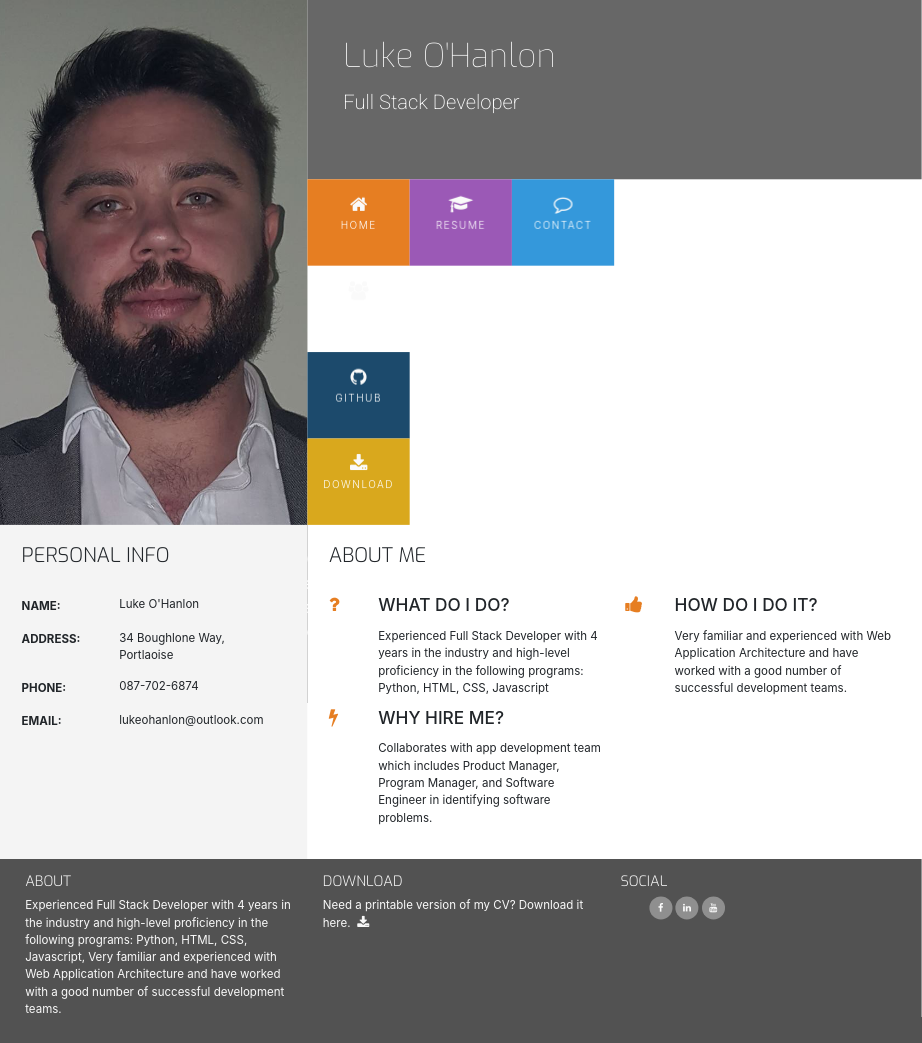
Repository: luke0han/my-resume
Page: index.html
The author's editor kept a record of every edit. The page is drawn from the files as they stood at one moment, then again after the next edit.
The browser window is 1280 px wide. The pictures show the whole page, at 72% of full size.

Above is the page before.

### index.html
<!DOCTYPE html>
<html lang="en">

<head>
    <meta charset="UTF-8">
    <meta name="viewport" content="width=device-width, initial-scale=1.0">
    <meta http-equiv="X-UA-Compatible" content="ie=edge">
    <link rel="stylesheet" href="https://stackpath.bootstrapcdn.com/bootstrap/4.3.1/css/bootstrap.min.css" type="text/css" />
    <link rel="stylesheet" href="https://stackpath.bootstrapcdn.com/font-awesome/4.7.0/css/font-awesome.min.css">
    <link href="https://fonts.googleapis.com/css?family=Lato:300,400&display=swap" rel="stylesheet">
    <link rel="stylesheet" href="https://cdnjs.cloudflare.com/ajax/libs/hover.css/2.3.1/css/hover-min.css" type="text/css" />
    <link rel="stylesheet" href="assets/css/style.css">
    <title>Luke O'Hanlon</title>
</head>

<body>
    <header>
        <div class="row no-gutters">
            <a href="index.html" class="col-md-4 logo">

            </a>
            <div class="col-md-8">
                <div class="row no-gutters bg-color-name-title">
                    <div class="col heading">
                        <h1 class="name">Luke O'Hanlon</h1>
                        <h2 class="title">Full Stack Developer</h2>
                    </div>
                </div>
                <div class="row no-gutters">
                    <div class="col">
                        <ul id="nav" class="list-inline menucontainer">
                            <li class="col-xs-6 col-sm-2 ui-menu-color-home list-inline-item menuitem">
                                <a href="index.html" class="hvr-sweep-to-bottom"><i class="fa fa-home" aria-hidden="true"></i><span>Home</span></a>
                            </li>
                            <li class="col-xs-6 col-sm-2 ui-menu-color-resume list-inline-item menuitem">
                                <a href="resume.html" class="hvr-sweep-to-bottom"><i class="fa fa-graduation-cap" aria-hidden="true"></i><span>Resume</span></a>
                            </li>
                            <li class="col-xs-6 col-sm-2 ui-menu-color-contact list-inline-item menuitem">
                                <a href="contact.html" class="hvr-sweep-to-bottom"><i class="fa fa-comment-o" aria-hidden="true"></i><span>Contact</span></a>
                            </li>
                            <li class="col-xs-6 col-sm-2 ui-menu-color-interests menuitem">
                                <a href="interests.html" class="hvr-sweep-to-bottom"><i class="fa fa-users" aria-hidden="true"></i><span>Interests</span></a>
                            </li>
                            <li class="col-xs-6 col-sm-2 ui-menu-color-github menuitem">
                                <a href="github.html" class="hvr-sweep-to-bottom"><i class="fa fa-github" aria-hidden="true"></i><span>GitHub</span></a>
                            </li>
                            <li class="col-6 col-sm-2 ui-menu-color-download list-inline-item menuitem">
                                <a href="assets/cv/sample-cv.pdf" target="_blank" class="hvr-sweep-to-bottom"><i class="fa fa-download" aria-hidden="true"></i><span>Download</span></a>
                            </li>
                        </ul>
                    </div>
                </div>
            </div>
        </div>
    </header>
    <section class="container-fluid">
        <div class="row">
            <div class="col-md-4 bg-color-personal-info section-column">
                <div class="row">
                    <div class="col-12">
                        <h3 class="section-heading uppercase">Personal Info</h3>
                    </div>
                </div>
                <div class="personal-info-item">
                    <div class="key">
                        <p class="uppercase">
                            Name:
                        </p>
                    </div>
                    <div class="value">
                        <p>
                            Luke O'Hanlon
                        </p>

                    </div>
                </div>
                <div class="personal-info-item">
                    <div class="key">
                        <p class="uppercase">
                            Address:
                        </p>
                    </div>
                    <div class="value">
                        <p>
                            34 Boughlone Way, Portlaoise
                        </p>
                    </div>
                </div>
                <div class="personal-info-item">
                    <div class="key">
                        <p class="uppercase">
                            Phone:
                        </p>
                    </div>
                    <div class="value">
                        <p>
                            087-702-6874
                        </p>
                    </div>
                </div>
                <div class="personal-info-item">
                    <div class="key">
                        <p class="uppercase">
                            Email:
                        </p>
                    </div>
                    <div class="value">
                        <p>
                            lukeohanlon@outlook.com
                        </p>
                    </div>
                </div>
            </div>
            <div class="col-md-8 bg-color-three-reasons section-column">
                <div class="row">
                    <div class="col">
                        <h3 class="section-heading uppercase">About me</h3>
                    </div>
                </div>
                <div class="row">
                    <div class="col-10 offset-1 offset-sm-0 col-sm-4 col-md-6">
                        <div class="row">
                            <div class="col-2">
                                <i class="three-reasons-icon fa fa-question" aria-hidden="true"></i>
                            </div>
                            <div class="col-10">
                                <h4 class="three-reasons-heading uppercase">What do I do?</h4>
                                <p>Experienced Full Stack Developer with 4 years in the industry and high-level proficiency in the following programs: Python, HTML, CSS, Javascript</p>
                            </div>
                        </div>
                    </div>
                    <div class="col-10 offset-1 offset-sm-0 col-sm-4 col-md-6">
                        <div class="row">
                            <div class="col-2">
                                <i class="three-reasons-icon fa fa-thumbs-up" aria-hidden="true"></i>
                            </div>
                            <div class="col-10">
                                <h4 class="three-reasons-heading uppercase">How do I do it?</h4>
                                <p>Very familiar and experienced with Web Application Architecture and have worked with a good number of successful development teams.</p>
                            </div>

                        </div>
                    </div>
                    <div class="col-10 offset-1 offset-sm-0 col-sm-4 col-md-6">
                        <div class="row">
                            <div class="col-2">
                                <i class="three-reasons-icon fa fa-bolt" aria-hidden="true"></i>
                            </div>
                            <div class="col-10">
                                <h4 class="three-reasons-heading uppercase">Why hire me?</h4>
                                <p>Collaborates with app development team which includes Product Manager, Program Manager, and Software Engineer in identifying software problems.</p>
                            </div>

                        </div>
                    </div>
                </div>
            </div>
        </div>

    </section>
    <footer class="container-fluid">
        <div id="footer-details" class="row">
            <div class="col-sm-4">
                <h5 class="uppercase general-sub">About</h5>
                <p class="inline-block">
                    Experienced Full Stack Developer with 4 years in the industry and high-level proficiency in the following programs: Python, HTML, CSS, Javascript, Very familiar and experienced with Web Application Architecture and have worked with a good number of successful
                    development teams.
                </p>
            </div>
            <div class="col-sm-4">
                <h5 class="uppercase general-sub">Download</h5>
                <p class="inline-block">
                    Need a printable version of my CV? Download it here.
                    <a href="assets/cv/sample-cv.pdf" target="_blank" class="cv-pdf">
                        <i class="fa fa-download" aria-hidden="true"></i>
                        <span class="sr-only">Download link.</span>
                    </a>
                </p>
            </div>
            <div class="col-sm-4">
                <h5 class="uppercase general-sub">Social</h5>
                <ul class="list-inline-block social-links">
                    <li class="list-inline-item">
                        <a target="_blank" href="#">
                            <i class="fa fa-facebook" aria-hidden="true"></i>
                            <span class="sr-only">Facebook.</span>
                        </a>
                    </li>
                    <li class="list-inline-item">
                        <a target="_blank" href="#">
                            <i class="fa fa-linkedin" aria-hidden="true"></i>
                            <span class="sr-only">Linkedin.</span>
                        </a>
                    </li>
                    <li class="list-inline-item">
                        <a target="_blank" href="#">
                            <i class="fa fa-youtube" aria-hidden="true"></i>
                            <span class="sr-only">YouTube.</span>
                        </a>
                    </li>
                </ul>
            </div>
        </div>
    </footer>
</body>

</html>

### assets/css/style.css
@import url('https://fonts.googleapis.com/css?family=Lato:300,400|Roboto:100,200,300,400,500,600,700|Exo:100,200,300,400,500,600,700');
/*****************************************COLORS***************************************/

.bg-color-name-title {
    background-color: #676767;
}

.bg-color-three-reasons{
    background-color: #fff;
}
.ui-menu-color-home {
    background-color: #e67e22;
}

.ui-menu-color-resume {
    background-color: #9b59b6;
}

.ui-menu-color-contact {
    background-color: #3498db;
}

.ui-menu-color-download {
    background-color: #525252;
}

.bg-color-personal-info {
    background-color: #f4f4f4;
}

.bg-color-work-history {
    background-color: #9b59b6;
}

.ui-menu-color-download {
    background-color: #d9a81d;
}


.ui-menu-color-github {
    background-color: #1c4a6c;
}

/*****************************************Special paddings/margins/text***************************************/

h1,
h2,
h3,
h4 {
    margin: 0;
}

.uppercase {
    text-transform: uppercase;
}

.general-sub {
    font-family: "Exo", sans-serif;
    font-weight: 300;
    color: #fafafa;
}

.inline-block {
    display: inline-block;
}

.row-table {
    display: table;
}

.section-column {
    display: table-cell;
    padding: 0 30px 30px;
    float: none;
}
.history-heading,
.section-heading {
    font-family: "Exo", sans-serif;
    font-weight: 300;
    margin-top:25px;
    margin-bottom: 40px;
}

/*****************************************HEADING***************************************/

header {
    margin: 0;
}

.heading {
    margin-left: 50px;
}

.logo {
    background: url("../images/luke.jpg");
    background-position: center;
    background-repeat: no-repeat;
    background-size: cover;
    min-height: 360px;
    transition: all .5s ease-in-out;
    -moz-transition: all .5s ease-in-out;
    -webkit-transition: all .5s ease-in-out;
}

.name {
    font-family: "Exo", sans-serif;
    font-weight: 100;
    font-size: 46px;
    margin-top: 50px;
    color: #fff;
}

.title {
    font-family: "Roboto", sans-serif;
    font-weight: 200;
    font-size: 28px;
    margin-top: 20px;
    margin-bottom: 90px;
    color: #fff;
}

.list-inline-item:not(:last-child) {
    margin: 0;
}

.menucontainer {
    font-size: 0;
}

#nav {
    margin: 0;
}

#nav li {
    font-size: 14px;
    padding: 0;
}

.menuitem {
    height: 120px;
    text-align: center;
    padding: 0;
}

.menuitem a {
    width: 100%;
    text-decoration: none;
    color: #fff;
    height: 120px;
}

.menuitem a i {
    padding-top: 22px;
    display: block;
    color: #fafafa;
    font-size: 26px;
}

.menuitem span {
    display: block;
    width: 100%;
    padding-top: 5px;
    text-align: center;
    text-transform: uppercase;
    font-size: 14px;
    font-weight: 300;
    letter-spacing: 2px;
}

/*****************************************HOVER.CSS***************************************/

.hvr-sweep-to-bottom:before {
    background: rgba(0, 0, 0, 0.2);
    height: 120px;
}

/*****************************************Footer***************************************/

footer {
    background-color: #525252;
    color: #fafafa;
    min-height: 120px;
    margin: 0;
}

.cv-pdf i {
    font-size: 18px;
    color:#fafafa;
    text-align: center;
    padding-left: 5px;
    transition: all 0.35s ease-in-out;
    -moz-transition: all 0.35s ease-in-out;
    -webkit-transition: all 0.35s ease-in-out;
    -o-transition: all 0.35s ease-in-out;
}

.cv-pdf i:hover {
    color: #e84610;
}

.social-links {
    padding-bottom: 15px;
}

.social-links li a i {
    width: 32px;
    height: 32px;
    padding: 12px 0;
    border-radius: 50%;
    font-size: 13px;
    line-height: 7px;
    text-align: center;
    color:#fafafa;
    background: #8f8f8f;
    transition: all 0.35s ease-in-out;
    -moz-transition: all 0.35s ease-in-out;
    -webkit-transition: all 0.35s ease-in-out;
    -o-transition: all 0.35s ease-in-out;
}

.social-links li a i:hover {
    background-color: #e84610;
}

#footer-details {
    padding: 20px;
}

/*****************************************Three Reasons***************************************/

.three-reasons-icon {
    font-size:26px;
    color:#e67e22;
}

.three-reasons-heading {
    margin-bottom: 15px;
}

/*****************************************Personal Info***************************************/

.personal-info-item {
    margin-bottom: 20px;
    display: block;
    clear: both;
}

.personal-info-item .key,
.personal-info-item .value {
    padding-right: 8px;
    display: inline-block;
}

.personal-info-item .key p,
.personal-info-item .value p {
    margin:0;
}

.personal-info-item .key {
    width:30%;
    margin-right: 21px;
    padding-top:2px;
    vertical-align: top;
}

.personal-info-item .key p {
    font-weight: 700;
}

.personal-info-item .value {
    position: relative;
    width:60%;
}

/*****************************************Skills***************************************/

.progress {
    position: relative;
    height: 25px;
    margin-bottom: 4px;
}

.progress-type {
    position: absolute;
    left: 0px;
    font-weight: 400;
    padding: 3px 30px 2px 10px;
    color: #fafafa;
    background-color: rgba(25, 25, 25, 0.2);
}

.progress-section {
    margin: 40px 20px;
}

/*****************************************Work History***************************************/

.history-heading {
    color: #fafafa;
    margin-bottom: 50px;
}

.timeline-item {
    padding: 4em 2em 0em 2em;
    position: relative;
    color: #fafafa;
    border-left: 1px solid;
}

.timeline-item p {
    padding: 0;
    margin: 0;
}

.timeline-item:before {
    content: attr(data-dates);
    position: absolute;
    left: 2.5em;
    top: 3em;
    display: block;
    font-family: "Exo", sans-serif;
    font-weight: 500;
    font-size: 0.8em;
    padding: 0;
    margin: 0;
}

.timeline-item:after {
    width: 12px;
    height: 12px;
    display: block;
    top: 2.4em;
    position: absolute;
    left: -6px;
    border-radius: 12px;
    content: '';
    background: #fafafa;
}

.history-items {
    margin-bottom: 30px;
}

/*****************************************Contact Form***************************************/

.contact-heading {
    font-family: "Exo", sans-serif;
    font-weight: 300;
    margin-top: 25px;
    margin-bottom: 20px;
}

.center-form {
    padding-top: 10px;
    margin: 0 auto;
    max-width: 70%;
}

button[type="submit"] {
    margin-top: 15px;
    margin-bottom: 20px;
    color: #fafafa;
    background-color: #e84610;
}

/*****************************************Media Queries***************************************/

@media(min-width: 992px) {
    .center-form {
        padding-top: 30px;
        min-height: 240px;
        margin: 0 auto;
        max-width: 50%;
    }
}

After the next edit:
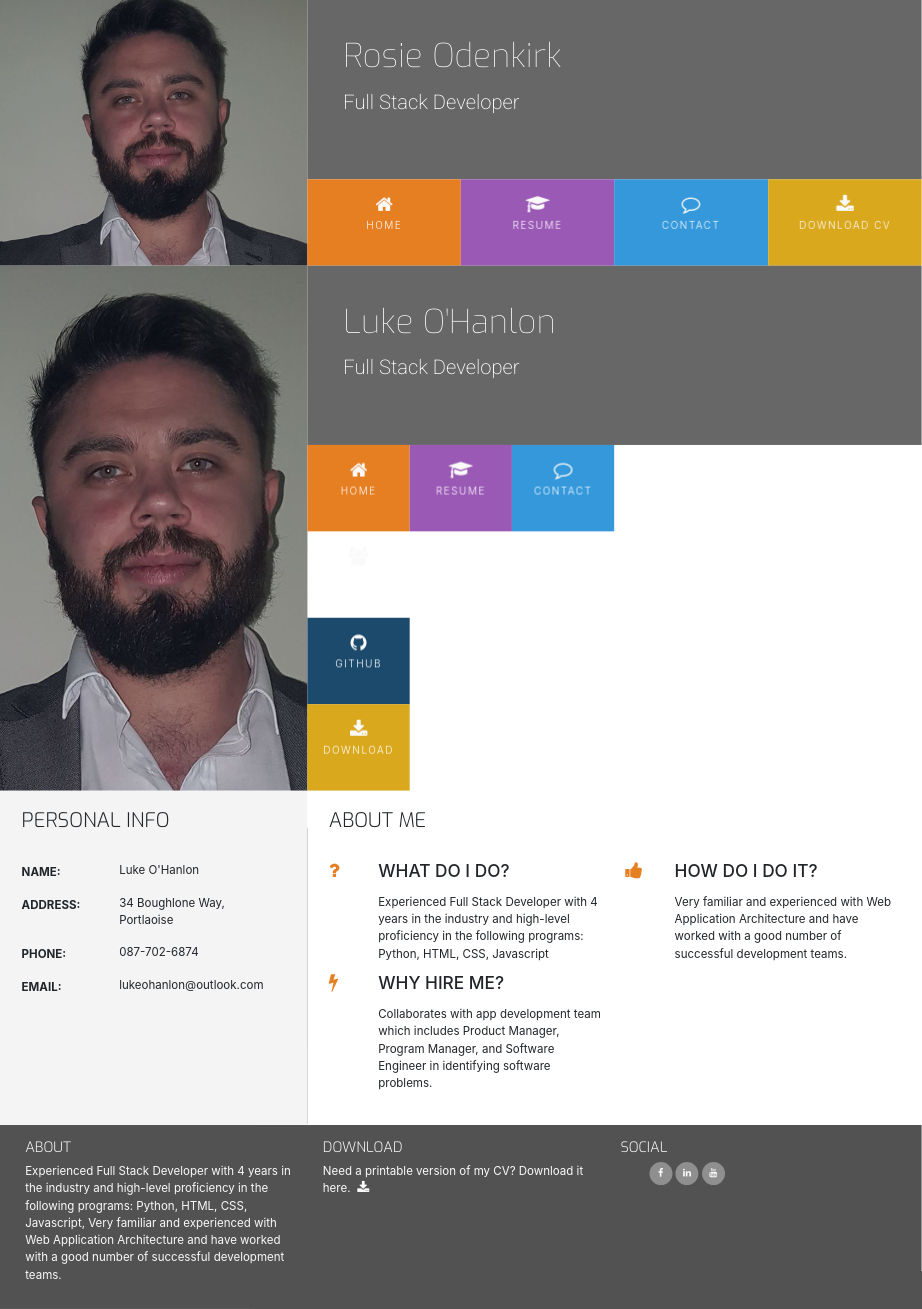
The edit:
--- a/index.html
+++ b/index.html
@@ -14,7 +14,37 @@
 </head>
 
 <body>
-    <header>
+   <header>
+        <div class="row no-gutters">
+            <a class="col-md-4 logo" href="02-index.html"></a>
+            <div class="col-md-8">
+                <div class="row no-gutters bg-color-name-title">
+                    <div class="col heading">
+                        <h1 class="name">Rosie Odenkirk</h1>
+                        <h2 class="title"> Full Stack Developer</h2>
+                    </div>
+                </div>
+                <div class="row no-gutters">
+                    <div class="col">
+                        <ul id="nav" class="list-inline menucontainer">
+                            <li class="col-6 col-sm-3 list-inline-item ui-menu-color-home menuitem">
+                                <a href="index.html" class="hvr-sweep-to-bottom"><i class="fa fa-home" aria-hidden="true"></i><span>Home</span></a>
+                            </li>
+                            <li class="col-6 col-sm-3 list-inline-item ui-menu-color-resume menuitem">
+                                <a href="resume.html" class="hvr-sweep-to-bottom"><i class="fa fa-graduation-cap" aria-hidden="true"></i><span>Resume</span></a>
+                            </li>
+                            <li class="col-6 col-sm-3 list-inline-item ui-menu-color-contact menuitem">
+                                <a href="contact.html" class="hvr-sweep-to-bottom"><i class="fa fa-comment-o" aria-hidden="true"></i><span>Contact</span></a>
+                            </li>
+                            <li class="col-6 col-sm-3 list-inline-item ui-menu-color-download menuitem">
+                                <a href="assets/cv/sample-cv.pdf" target="_blank" class="hvr-sweep-to-bottom"><i class="fa fa-download" aria-hidden="true"></i><span>Download CV</span></a>
+                            </li>
+                        </ul>
+                    </div>
+                </div>
+            </div>
+        </div>
+    </header>
         <div class="row no-gutters">
             <a href="index.html" class="col-md-4 logo">
 
@@ -44,7 +74,7 @@
                             <li class="col-xs-6 col-sm-2 ui-menu-color-github menuitem">
                                 <a href="github.html" class="hvr-sweep-to-bottom"><i class="fa fa-github" aria-hidden="true"></i><span>GitHub</span></a>
                             </li>
-                            <li class="col-6 col-sm-2 ui-menu-color-download list-inline-item menuitem">
+                            <li class="col-xs-6 col-sm-2 ui-menu-color-download list-inline-item menuitem">
                                 <a href="assets/cv/sample-cv.pdf" target="_blank" class="hvr-sweep-to-bottom"><i class="fa fa-download" aria-hidden="true"></i><span>Download</span></a>
                             </li>
                         </ul>
